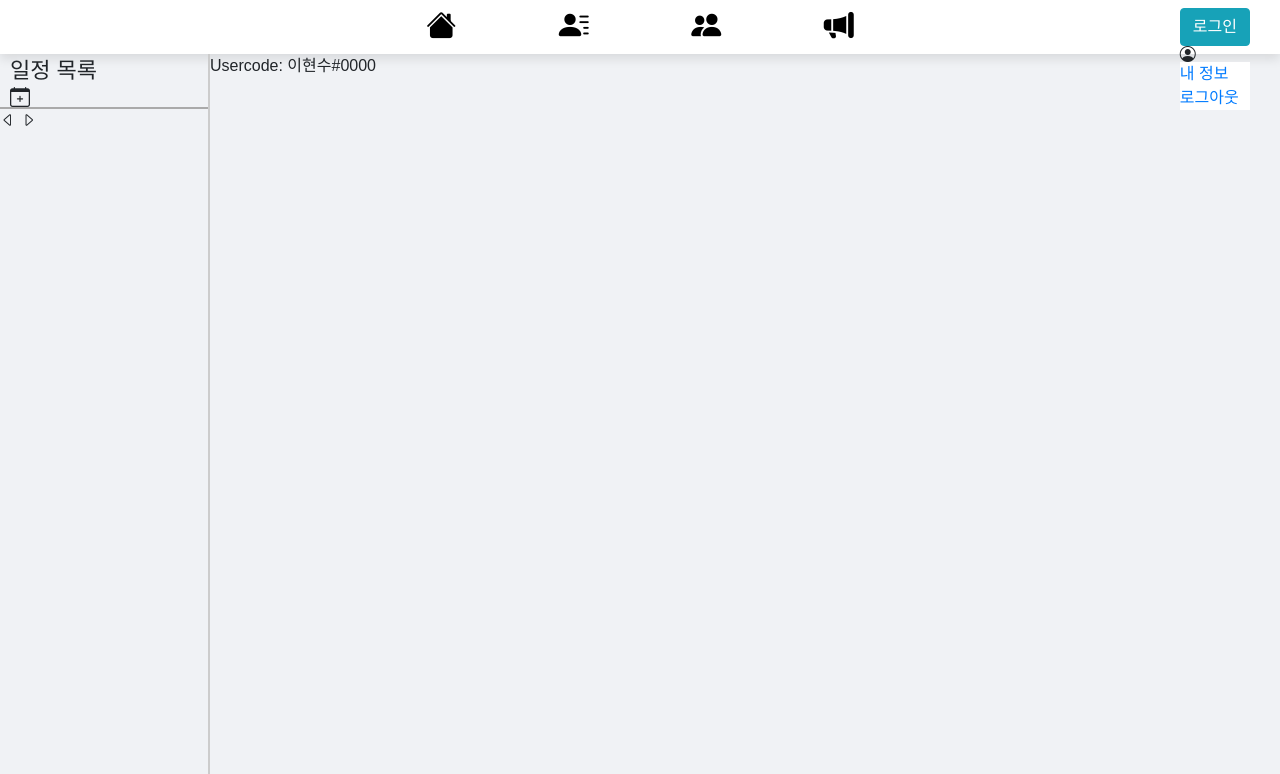
Repository: Hyeon330/Full_stack-code
Page: http://localhost/miniProject/
These files come from the project's save history. The page is drawn as it stood at one moment and after the next save; the edit follows.
The browser window is 1280 px wide. The pictures show the whole page.
Some web fonts or font styles are not loaded; a fallback is used. The page is served by Tomcat 9. Other server files are loaded and not shown.

Above is the page before, as saved 2022-03-20 09:08:09.

### 주요과제/Spring/miniProject/src/main/webapp/WEB-INF/views/home.jsp
<%@ page language="java" contentType="text/html; charset=utf-8" pageEncoding="utf-8"%>
<style>
#sidebar{
	height: 100%;
	width: 210px;
	border-right: 2px solid #ccc;
	overflow: hidden;
}
#sideTitle{
	padding: 0 10px;
	border-bottom: 2px solid #aaa;
}
#sideTitle > span:first-child {
	font-size: 22px;
}
#sideTitle > span:last-child {
	cursor: pointer;
	font-size: 20px;
}
</style>
<script type="text/javascript">
$(function(){
	// 다이얼로그 오픈
    $('#dialogOpen').click(function() {
        $('#dialog').dialog('open');
    });

    // 다이얼로그값 전체 리셋 함수
    const dialogReset = () => {
        $("#event-title").val('');
        $("#start-date").val('');
        $("#end-date").val('');
        $('#repet').each(function() {
            $(this).find('option:first').attr('selected',true);
        });
        $('#public').prop('checked', false);
        $('#event-color').val('#3788D8');
        $("#place").val('');
        $("#memo").val('');
    };

    // 다이얼로그 세팅
    $('#dialog').dialog({
        autoOpen: false, // 실행시 자동열림
        modal: true,
        buttons: {
            등록: function(){
                // ajax 처리
                dialogReset();
                $("#dialog").dialog('close');
            },
            초기화: dialogReset,
            취소: function(){
                dialogReset();
                $("#dialog").dialog('close');
            }
        }
    });

    // DatePicker 세팅
    $('#start-date, #end-date').datepicker({
        dateFormat: 'yy-mm-dd',
        monthNames: ['1월', '2월', '3월', '4월', '5월', '6월', '7월', '8월', '9월', '10월', '11월', '12월'],
        monthNamesShort: ['1월', '2월', '3월', '4월', '5월', '6월', '7월', '8월', '9월', '10월', '11월', '12월'],
        dayNames: ['일', '월', '화', '수', '목', '금', '토'],
        dayNamesMin: ['일', '월', '화', '수', '목', '금', '토'],
        showMonthAfterYear: true,
        yearSuffix: '년'
    });
});
</script>
<div id="sidebar">
    <div id="sideTitle">
        <span>일정 목록</span>
        <span>
        <div id="dialogOpen"><i class="bi bi-calendar-plus"></i></div>
        </span>
    </div>
    <div id="sideMonth">
        <i class="bi bi-caret-left" onclick="prevMonth()"></i>
        <span></span>
        <i class="bi bi-caret-right" onclick="nextMonth()"></i>
    </div>
    <div id="sideMain">
        <div id="listbox">
        </div>
    </div>
</div>
<!-- 다이얼로그 창 -->
<div id="dialog" title="일정 등록">
    <ul>
        <li><input type="text" id="event-title" name="event-title"  placeholder="제목"></li>
        <li><input type="text" id="start-date" name="start-date" placeholder="시작날짜(년-월-일)"></li>
        <li><input type="text" id="end-date" name="end-date" placeholder="종료날짜(년-월-일)"></li>
        <li>
            <select name="repet" id="repet">
                <option value="N">반복안함</option>
                <option value="D">매일반복</option>
                <option value="W">매주반복</option>
                <option value="M">매달반복</option>
                <option value="Y">매년반복</option>
            </select>
        </li>
        <li><label for="public">Public</label><input type="checkbox" id="public" name="public"></li>
        <li><label for="event-color">이벤트 색상</label><input type="color" id="event-color" name="event-color" value="#3788D8"></li>
        <li><input type="text" id="place" name="place" placeholder="장소"></li>
        <li><input type="text" id="memo" name="memo" placeholder="메모"></li>
    </ul>
</div>

### 주요과제/Spring/miniProject/src/main/webapp/inc/top.jspf
<%@ page language="java" contentType="text/html; charset=utf-8" pageEncoding="utf-8"%>
<%@ taglib uri="http://java.sun.com/jsp/jstl/core" prefix="c" %>
<c:set var="url" value="<%=request.getContextPath() %>"/>
<html>
<head>
<meta charset="UTF-8">
<title>Insert title here</title>
	<!-- 부트스트랩4, 부트스트랩 icon CSS -->
	<link rel="stylesheet" href="https://cdn.jsdelivr.net/npm/bootstrap-icons@1.8.1/font/bootstrap-icons.css">
    <link rel="stylesheet" href="https://cdn.jsdelivr.net/npm/bootstrap@4.6.1/dist/css/bootstrap.min.css" integrity="sha384-zCbKRCUGaJDkqS1kPbPd7TveP5iyJE0EjAuZQTgFLD2ylzuqKfdKlfG/eSrtxUkn" crossorigin="anonymous">

    <!-- jquery, 플러그인 CDN -->
    <link rel="stylesheet" href="${url}/jquery-ui/jquery-ui.min.css">
    <script src="https://ajax.googleapis.com/ajax/libs/jquery/3.6.0/jquery.min.js"></script>
    <script src="${url}/jquery-ui/jquery-ui.min.js"></script>

    <!-- 부트스트랩4 JS -->
    <script src="https://cdn.jsdelivr.net/npm/bootstrap@4.6.1/dist/js/bootstrap.bundle.min.js" integrity="sha384-fQybjgWLrvvRgtW6bFlB7jaZrFsaBXjsOMm/tB9LTS58ONXgqbR9W8oWht/amnpF" crossorigin="anonymous"></script>

    <!-- 풀캘린더 API -->
	<link href='${url}/fullcalendar/main.css' rel='stylesheet' />
    <script src='${url}/fullcalendar/main.js'></script>

    <link rel="stylesheet" href="${url}/css/base.css" type="text/css">
    <link rel="stylesheet" href="${url}/css/header.css" type="text/css">

</head>
<body>
<div id="header">
	<div id="icons">
	    <a href="index.html" class="disableLink"><i class="bi bi-house-fill" title="Home"></i></a>
	    <a href="friends.html"><i class="bi bi-person-lines-fill" title="Friends"></i></a>
	    <a href="#"><i class="bi bi-people-fill" title="Group"></i></a>
	    <a href="#"><i class="bi bi-megaphone-fill" title="Announcement"></i></a>
	</div>
    <div id="info">
        <a id="login-btn" href="${url}/login" type="button" class="btn btn-info">로그인</a>
        <div>
            <div id="userinfo">
                <i class="bi bi-person-circle"></i>
            </div>
        </div>
        <div id="info_menu">
            <ul>
                <a href="#"><li>내 정보</li></a>
                <a href="#"><li>로그아웃</li></a>
            </ul>
        </div>
    </div>
</div>
<div id="main">

### 주요과제/Spring/miniProject/src/main/webapp/inc/main.jspf
<%@ page language="java" contentType="text/html; charset=utf-8" pageEncoding="utf-8"%>
<%@ taglib uri="http://java.sun.com/jsp/jstl/core" prefix="c" %>
<div id="contentsBack">
	<div id=contents>
		<div id='usercode'>Usercode: 이현수#0000</div>
		<div id='calendar'></div>
		<!-- <script src="js/myCalendar.js"></script> -->
	</div>
</div>
</div>
</body>
</html>

### 주요과제/Spring/miniProject/src/main/webapp/css/base.css
@charset "UTF-8";
@import url('https://fonts.googleapis.com/css2?family=Do+Hyeon&display=swap');
body, div, p, ul, li {
	margin: 0;
	padding: 0;
}
ul, li{
	list-style-type: none;
}
ul {
	background: #fff;
}
body {
	background-color: #f0f2f5;
	font-family: 'Do Hyeon', sans-serif;
}
#main > div{
	float: left;
}

### 주요과제/Spring/miniProject/src/main/webapp/css/header.css
@charset "UTF-8";
#header {
	background-color: #fff;
	height: 54px;
	box-shadow: 0px 5px 10px rgba(0,0,0,0.1);
}
#icons{
	display: flex;
	justify-content: space-around;
	width: 530px;
	height: 54px;
	margin: 0 auto;
}
#icons > *{
	font-size: 30px;
	margin-top: 10px;
}
#icons a, #icons a:link, #icons a:visited{
	color: black;
}
#icons a:hover{
	color: #888;
	text-decoration: none;
}
#info {
	position: absolute;
	top: 8px;
	right: 30px;
}

Loaded but not shown: 주요과제/Spring/miniProject/src/main/webapp/jquery-ui/jquery-ui.min.css (library); 주요과제/Spring/miniProject/src/main/webapp/jquery-ui/jquery-ui.min.js (library); 주요과제/Spring/miniProject/src/main/webapp/fullcalendar/main.js (library); 주요과제/Spring/miniProject/src/main/webapp/fullcalendar/main.css (1494 lines, source omitted)

After the next save:
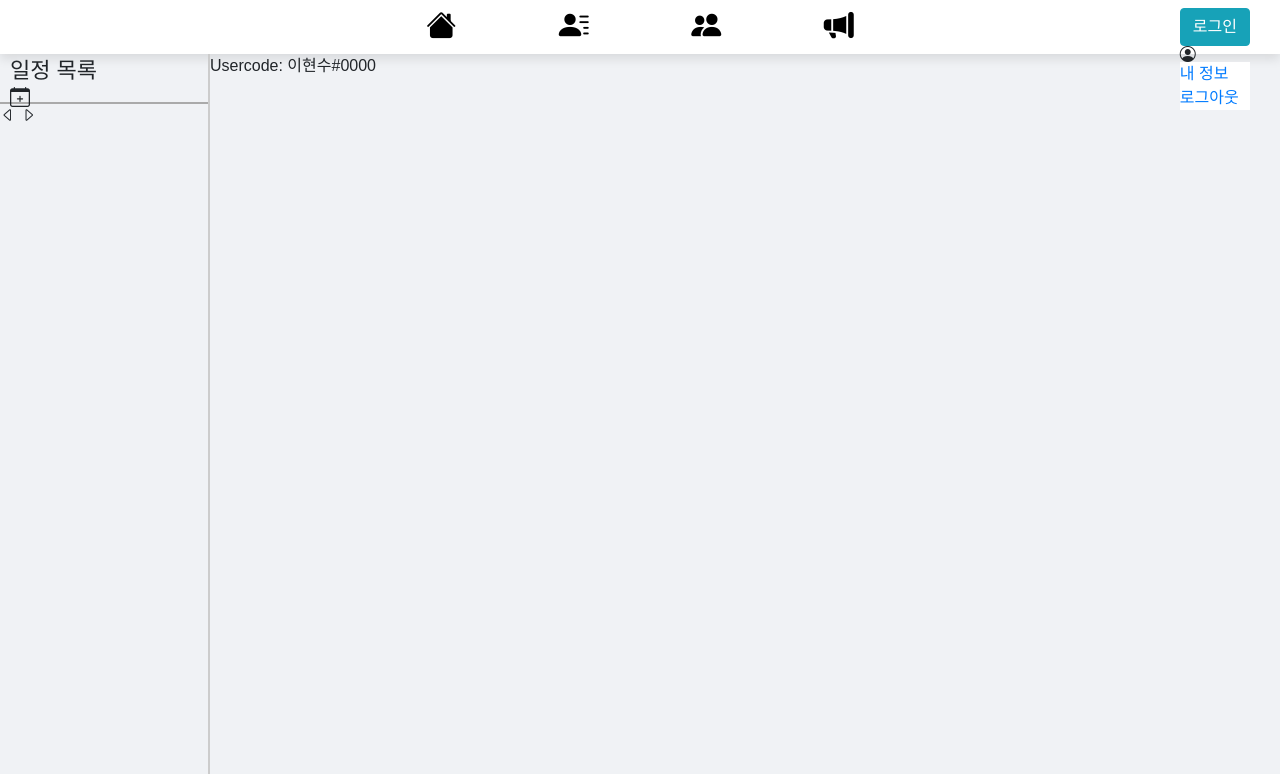
Saved 20 s later.
--- a/주요과제/Spring/miniProject/src/main/webapp/WEB-INF/views/home.jsp
+++ b/주요과제/Spring/miniProject/src/main/webapp/WEB-INF/views/home.jsp
@@ -9,6 +9,7 @@
 #sideTitle{
 	padding: 0 10px;
 	border-bottom: 2px solid #aaa;
+	height: 50px;
 }
 #sideTitle > span:first-child {
 	font-size: 22px;

After the save that followed:
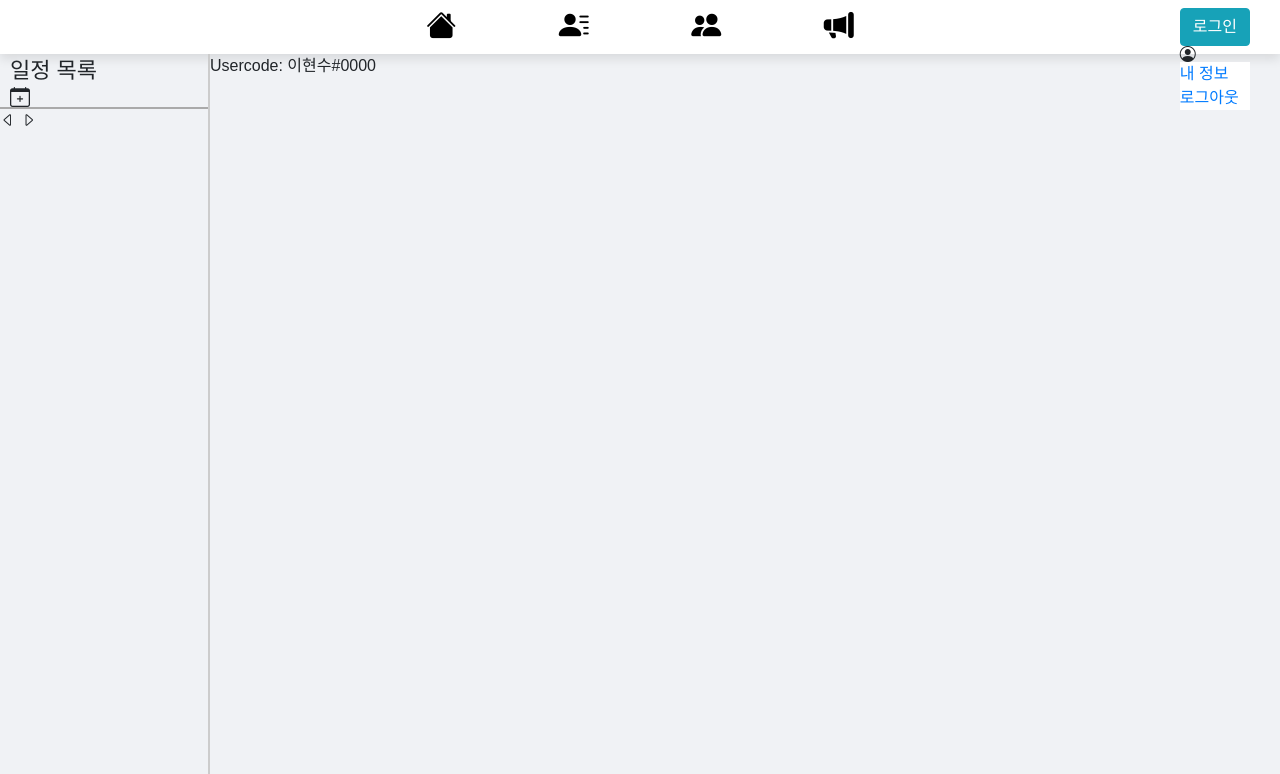
Saved 20 s later.
--- a/주요과제/Spring/miniProject/src/main/webapp/WEB-INF/views/home.jsp
+++ b/주요과제/Spring/miniProject/src/main/webapp/WEB-INF/views/home.jsp
@@ -9,7 +9,6 @@
 #sideTitle{
 	padding: 0 10px;
 	border-bottom: 2px solid #aaa;
-	height: 50px;
 }
 #sideTitle > span:first-child {
 	font-size: 22px;
